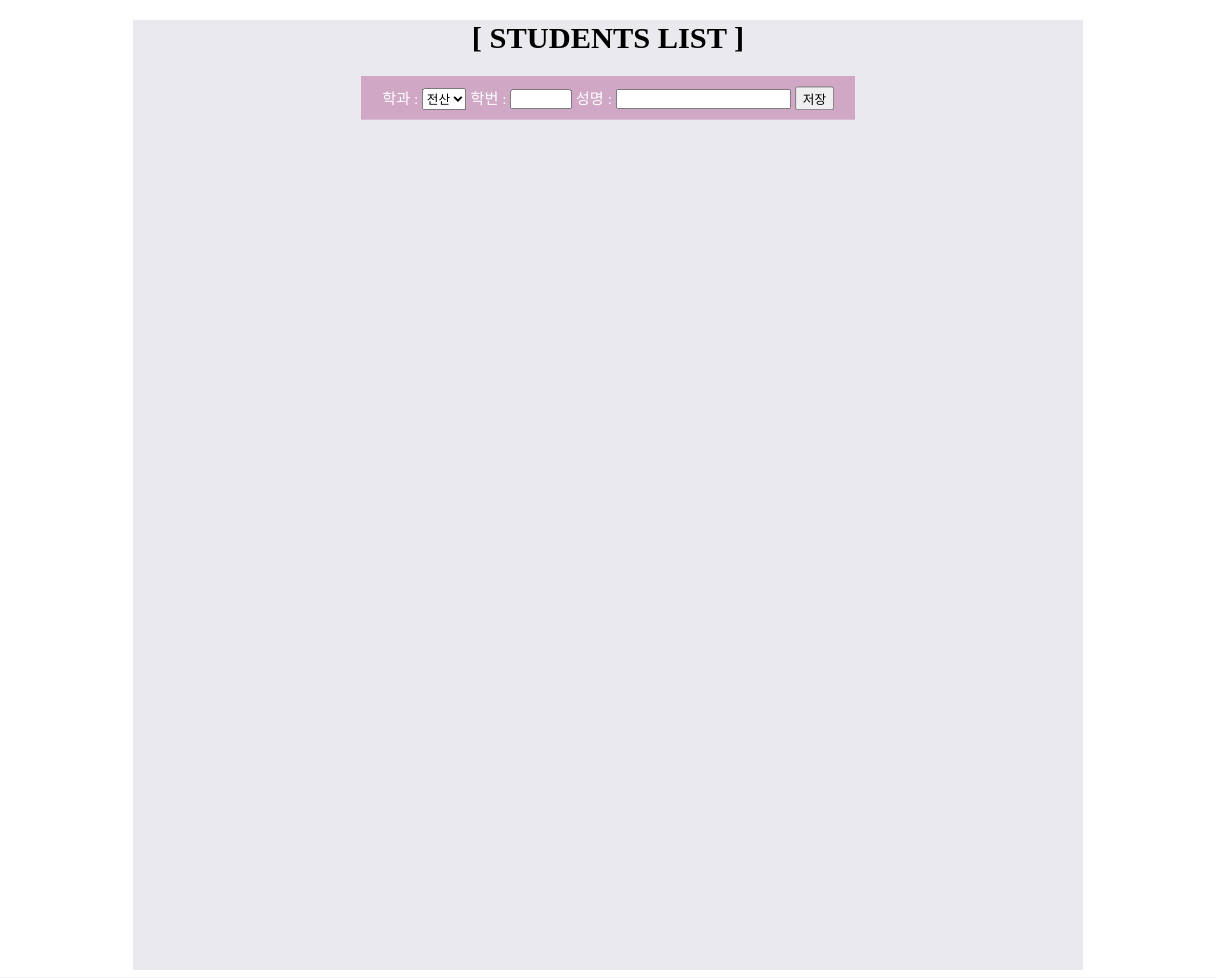
Repository: eeul07/html
Page: ex0508/WebContent/WEB-INF/students/slist.html
These files come from the project's save history. The page is drawn as it stood at one moment and after the next save; the edit follows.
The browser window is 1280 px wide. The pictures show the whole page, at 95% of full size.
Some web libraries are served in a nearby version.

Above is the page before, as saved 2020-05-08 01:08:41.

### ex0508/WebContent/WEB-INF/students/slist.html
<!DOCTYPE html>
<html>
<head>
	<meta charset="UTF-8">
	<title>학생관리</title>
	<script src="http://code.jquery.com/jquery-1.9.1.js"></script>
	<script src="https://cdnjs.cloudflare.com/ajax/libs/handlebars.js/3.0.1/handlebars.js"></script>
	<style>
		#page{background:#E9E9EE; width:1000px; height:1000px; margin:auto;}
		h1{text-align:center;}
		select{height:23px;}
		#students{background:#D0A8C5; color:white; width:500px; padding:10px; margin:auto;
				text-align:center;}
		#tbl{margin:10px; width:450px;}
	</style>
</head>
<body>
	<div id="page">
		<h1>[ STUDENTS LIST ]</h1>
		<div id="students">
			학과 : <select id="dept">
				<option>전산</option>
				<option>전자</option>
				<option>건축</option>
				</select>
			학번 : <input type="text" id="scode" maxlength=8 size=5>
			성명 : <input type="text" id="sname">
			<input type="button" id="btnSave" value="저장">
		</div>
		<table id="tbl" border=1 width=500></table>
		<script id="temp" type="text/x-handlebars-template">
			{{#each array}}
				<tr class=row>
					<td><input type="checkbox" class="chk"></td>
					<td class=scode>{{scode}}</td>
					<td>{{sname}}</td>
					<td>{{dept}}</td>
					<td><button>삭제</button></td>
				</tr>
			{{/each}}
		</script>
	</div>
</body>
<script>
	$("#tbl").hide();
	var scode;
	var sname;
	var dept;

	$("#btnSave").on("click", function(){
		if(!confirm("학생을 등록하시겠습니까?")) return;
		scode=$("#scode").val();
		sname=$("#sname").val();
		dept=$("#dept").val();

		$.ajax({
			type:"post",
			url:"sinsert.jsp",
			data:{"scode":scode, "sname":sname, "dept":dept},
			dataType:"json",
			success:function(data){
				if(data.cnt==1){
					alert("이미 존재하는 학생입니다.")
				}
				var temp=Handlebars.compile($("#temp").html());
				$("#tbl").html(temp(data));
			}
		});
		$("#tbl").show();
	});
</script>
</html>

After the next save:
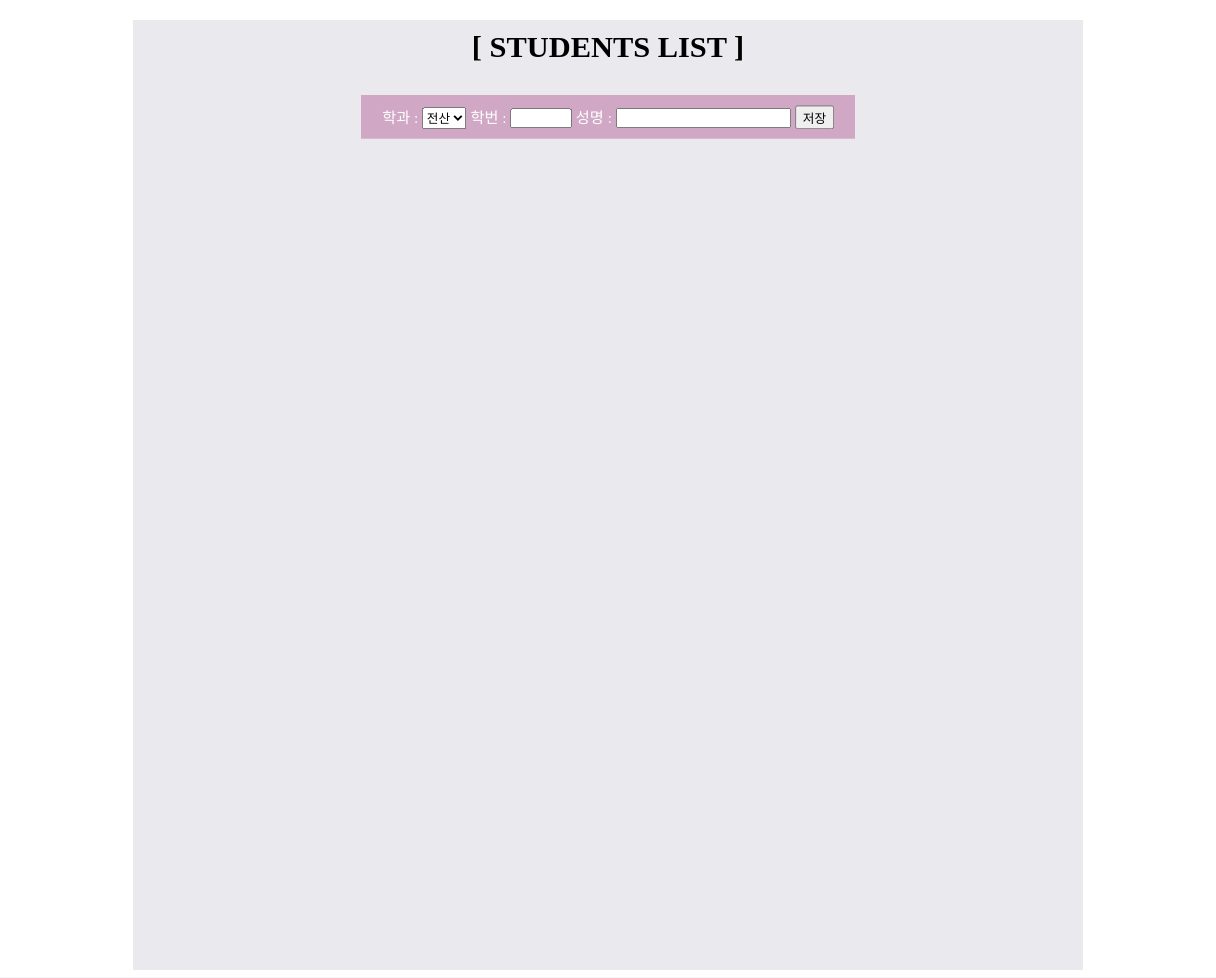
Saved 22 s later.
--- a/ex0508/WebContent/WEB-INF/students/slist.html
+++ b/ex0508/WebContent/WEB-INF/students/slist.html
@@ -7,7 +7,7 @@
 	<script src="https://cdnjs.cloudflare.com/ajax/libs/handlebars.js/3.0.1/handlebars.js"></script>
 	<style>
 		#page{background:#E9E9EE; width:1000px; height:1000px; margin:auto;}
-		h1{text-align:center;}
+		h1{text-align:center; padding:10px;}
 		select{height:23px;}
 		#students{background:#D0A8C5; color:white; width:500px; padding:10px; margin:auto;
 				text-align:center;}
